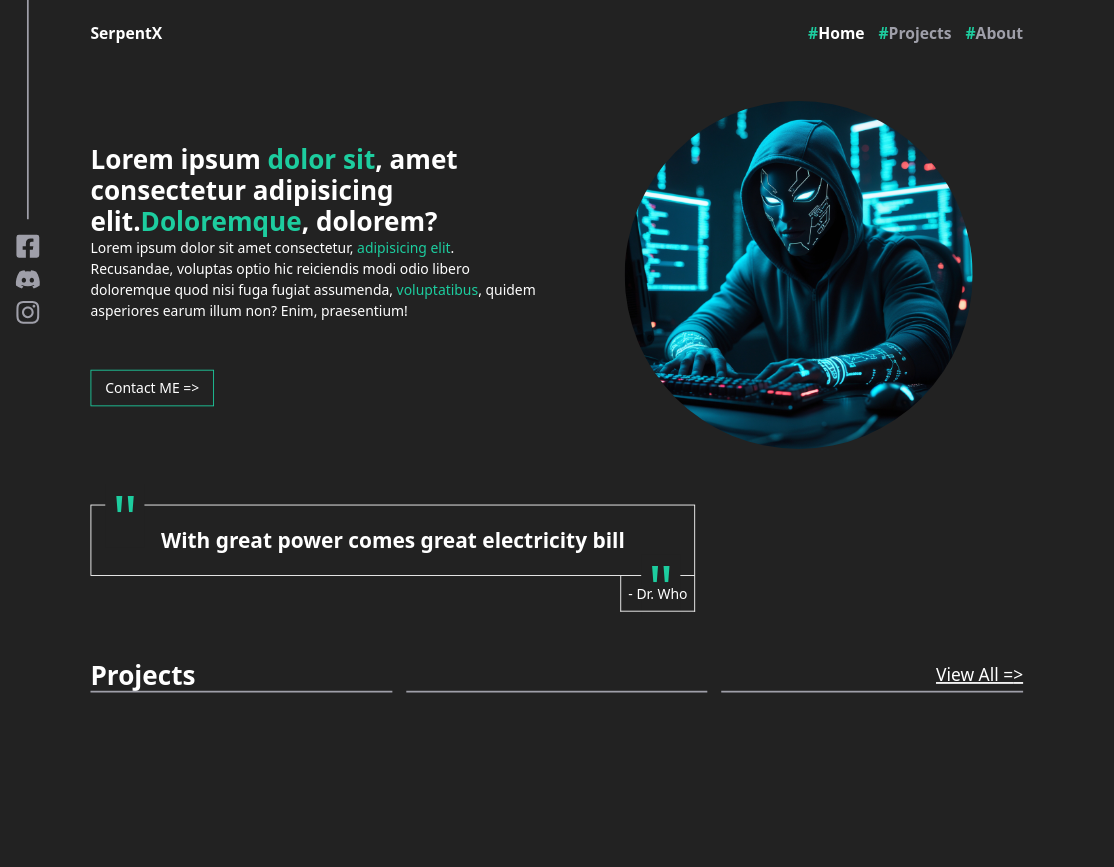
Repository: SERPENTX03/Portfolio-Tutorial
Page: /
These files come from the project's save history. The page is drawn as it stood at one moment and after the next save; the edit follows.
The browser window is 1280 px wide. The pictures show the whole page, at 87% of full size.
The project was rebuilt for these pictures with package versions that can differ from the ones it lists, and the page was loaded fresh each time. The framework's server and built-in components were replaced by stand-ins that run in the browser. Also part of the build but not shown: next.config.ts.

Above is the page before, as saved 2025-04-19 21:17:32.

### app/layout.tsx
import type { Metadata } from "next";
import { Geist, Geist_Mono } from "next/font/google";
import "./globals.css";
import SideContact from "@/components/SideContact";
import Navbar from "@/components/nav/Navbar";

const geistSans = Geist({
  variable: "--font-geist-sans",
  subsets: ["latin"],
});

const geistMono = Geist_Mono({
  variable: "--font-geist-mono",
  subsets: ["latin"],
});

export const metadata: Metadata = {
  title: "Create Next App",
  description: "Generated by create next app",
};

export default function RootLayout({
  children,
}: Readonly<{
  children: React.ReactNode;
}>) {
  return (
    <html lang="en">
      <body
        className={`${geistSans.variable} ${geistMono.variable} antialiased`}
      >
        <SideContact />
        <main className="max-w-[1200px] mx-auto sm:px-16 px-3">
          <Navbar />
          {children}
          <footer className="h-[200px]"></footer>
        </main>
      </body>
    </html>
  );
}

### app/page.tsx
import Hero from "@/components/Hero";
import Projects from "@/components/Projects";

const Home = () => {
  return (
    <div>
      <Hero />
      <Projects />
    </div>
  );
};
export default Home;

### app/globals.css
@import "tailwindcss";

@theme {
  --color-primary: #1dcd9f;
  --color-background: #222222;
  --color-text: #9f9fa9;
}

@utility hover-btn {
  @apply hover:bg-primary/30 transition-colors duration-300 ease-in-out;
}

body {
  background-color: var(--color-background);
  color: white;
}

### components/SideContact.tsx
import Link from "next/link";
import { FaFacebookSquare } from "react-icons/fa";
import { FaDiscord } from "react-icons/fa";
import { FaInstagram } from "react-icons/fa";

const SideContact = () => {
  return (
    <div className="fixed top-0 left-0 w-16 lg:flex flex-col hidden ">
      {/* Line */}
      <div className="h-[35vh] relative">
        <div className="h-full border border-text absolute top-0 left-1/2 -translate-x-1/2"></div>
      </div>
      {/* Socials */}
      <div className="text-text mt-4 flex flex-col gap-2 items-center">
        <Link target="_blank" href="https://www.facebook.com/serpentx.dev">
          <FaFacebookSquare size={30} />
        </Link>
        <Link target="_blank" href="https://discord.gg/serpentx">
          <FaDiscord size={30} />
        </Link>
        <Link target="_blank" href="https://www.instagram.com/serpentx.dev">
          <FaInstagram size={30} />
        </Link>
      </div>
    </div>
  );
};
export default SideContact;

### components/nav/Navbar.tsx
import MenuHamburger from "./MenuHamburger";
import Navlink from "./Navlink";

const Navbar = () => {
  return (
    <div className="flex justify-between items-center py-6">
      <h1 className="text-lg font-semibold ">SerpentX</h1>
      <Navlink />
      <MenuHamburger />
    </div>
  );
};
export default Navbar;

### components/Hero.tsx
import Image from "next/image";

const Hero = () => {
  return (
    <section className="mt-10">
      <div className="flex flex-col sm:flex-row justify-between gap-10 items-center">
        <div className="w-full sm:w-1/2">
          <h2 className="text-3xl font-bold">
            Lorem ipsum <span className="text-primary">dolor sit</span>, amet
            consectetur adipisicing elit.
            <span className="text-primary">Doloremque</span>, dolorem?
          </h2>
          <p>
            Lorem ipsum dolor sit amet consectetur,{" "}
            <span className="text-primary">adipisicing elit</span>. Recusandae,
            voluptas optio hic reiciendis modi odio libero doloremque quod nisi
            fuga fugiat assumenda,{" "}
            <span className="text-primary">voluptatibus</span>, quidem
            asperiores earum illum non? Enim, praesentium!
          </p>
          <button className="hover-btn border border-primary px-4 py-2 mt-14 cursor-pointer">
            Contact ME ={">"}
          </button>
        </div>
        <div className="w-full sm:w-1/2 flex justify-center">
          <Image
            className="object-cover rounded-full"
            src="/images/hero.jpg"
            alt="hero"
            width={400}
            height={400}
          />
        </div>
      </div>
      <div className="mt-16 flex justify-center border py-6 px-20 w-fit relative">
        <h5 className=" text-2xl font-bold ">
          With great power comes great electricity bill
        </h5>
        <span className="absolute -top-6 left-4 bg-background px-2 text-primary text-7xl">
          &quot;
        </span>
        <span className="absolute -bottom-12 h-fit right-4 bg-background px-2 text-primary text-7xl">
          &quot;
        </span>
        <span className="absolute right-[-1px] -bottom-10.5 border-x border-b p-2">
          - Dr. Who
        </span>
      </div>
    </section>
  );
};
export default Hero;

### components/Projects.tsx
import { projects } from "@/data/Project";
import { div } from "framer-motion/client";
import Link from "next/link";

const Projects = () => {
  return (
    <section className="mt-24">
      <div className="flex justify-between items-center">
        <h2 className="text-3xl font-bold">Projects</h2>
        <Link className="text-xl underline" href="/projects">
          View All ={">"}
        </Link>
      </div>
      <div className="grid gird-cols-1 sm:grid-cols-2 md:grid-cols-3 gap-4">
        {projects.slice(0, 3).map((project) => (
          <div key={project.id} className="border border-text"></div>
        ))}
      </div>
    </section>
  );
};
export default Projects;

### components/nav/MenuHamburger.tsx
"use client";
import { RiMenuFoldLine } from "react-icons/ri";
import { links } from "@/data/NavLink";
import { useEffect, useState } from "react";
import { IoClose } from "react-icons/io5";
import Link from "next/link";
import { usePathname } from "next/navigation";
import { motion, AnimatePresence } from "framer-motion";
import { FaDiscord, FaFacebookSquare, FaInstagram } from "react-icons/fa";

const MenuHamburger = () => {
  const [isOpen, setIsOpen] = useState(false);
  const pathname = usePathname();

  const handleOpen = () => {
    setIsOpen(!isOpen);
  };

  useEffect(() => {
    setIsOpen(false); // ปิดเมนูเมื่อ path เปลี่ยน
  }, [pathname]);
  return (
    <>
      <AnimatePresence mode="wait">
        {isOpen ? (
          <motion.div
            key="close"
            initial={{ rotate: -90, opacity: 0 }}
            animate={{ rotate: 0, opacity: 1 }}
            exit={{ rotate: 90, opacity: 0 }}
            transition={{ duration: 0.2 }}
            className="cursor-pointer block md:hidden z-50"
            onClick={handleOpen}
          >
            <IoClose size={30} />
          </motion.div>
        ) : (
          <motion.div
            key="menu"
            initial={{ rotate: 90, opacity: 0 }}
            animate={{ rotate: 0, opacity: 1 }}
            exit={{ rotate: -90, opacity: 0 }}
            transition={{ duration: 0.3 }}
            className="cursor-pointer block md:hidden z-10"
            onClick={handleOpen}
          >
            <RiMenuFoldLine size={30} />
          </motion.div>
        )}
      </AnimatePresence>
      {isOpen && (
        <ul className="fixed top-0 left-0 w-full h-screen bg-background ">
          <h1 className="text-2xl font-bold m-3">SerpentX</h1>
          {links.map((nav, index) => (
            <li
              key={index}
              className={`text-2xl m-3 font-semibold text-text ${
                pathname === nav.href ? "text-white" : "text-text"
              }`}
            >
              <Link href={nav.href}>
                <span className="text-primary">#</span>
                {nav.label}
              </Link>
            </li>
          ))}
        </ul>
      )}
      {isOpen && (
        <div className="fixed bottom-4 left-1/2 -translate-x-1/2 flex gap-4">
          <Link target="_blank" href="https://www.facebook.com/serpentx.dev">
            <FaFacebookSquare size={30} />
          </Link>
          <Link target="_blank" href="https://discord.gg/serpentx">
            <FaDiscord size={30} />
          </Link>
          <Link target="_blank" href="https://www.instagram.com/serpentx.dev">
            <FaInstagram size={30} />
          </Link>
        </div>
      )}
    </>
  );
};
export default MenuHamburger;

### components/nav/Navlink.tsx
"use client";
import { links } from "@/data/NavLink";
import Link from "next/link";
import { usePathname } from "next/navigation";

const Navlink = () => {
  const pathname = usePathname();
  return (
    <ul className="md:flex gap-4 hidden ">
      {links.map((nav, index) => (
        <li
          key={index}
          className={`text-lg font-semibold text-text ${
            pathname === nav.href ? "text-white" : "text-text"
          }`}
        >
          <Link href={nav.href}>
            <span className="text-primary">#</span>
            {nav.label}
          </Link>
        </li>
      ))}
    </ul>
  );
};
export default Navlink;

### data/Project.ts
export const projects = [
  {
    id: 1,
    title: "Portfolio Builder",
    description:
      "A sleek portfolio generator for developers using Next.js and Tailwind.",
    language: ["Next.js", "TypeScript", "Tailwind CSS"],
    image: "/images/project1.jpg",
  },
  {
    id: 2,
    title: "TaskMaster Pro",
    description:
      "A productivity app for managing tasks and projects with a team.",
    language: ["React", "Node.js", "MongoDB"],
    image: "/images/project1.jpg",
  },
  {
    id: 3,
    title: "Code Snippet Vault",
    description:
      "A personal library to store, tag, and search useful code snippets.",
    language: ["Vue.js", "Express", "MySQL"],
    image: "/images/project1.jpg",
  },
  {
    id: 4,
    title: "DevBlog Engine",
    description:
      "A markdown-powered blogging platform for developers with dark mode.",
    language: ["Next.js", "MDX", "Tailwind CSS"],
    image: "/images/project1.jpg",
  },
  {
    id: 5,
    title: "CryptoTracker",
    description:
      "Live cryptocurrency prices and portfolio manager with real-time charts.",
    language: ["React", "Chart.js", "CoinGecko API"],
    image: "/images/project1.jpg",
  },
  {
    id: 6,
    title: "EcomDash",
    description:
      "An admin dashboard for managing products, orders, and analytics.",
    language: ["Angular", "Firebase", "SCSS"],
    image: "/images/project1.jpg",
  },
  {
    id: 7,
    title: "ChatterBox",
    description:
      "A real-time chat application with private and group messaging.",
    language: ["React", "Socket.io", "Node.js"],
    image: "/images/project1.jpg",
  },
  {
    id: 8,
    title: "CodeQuiz Arena",
    description: "An interactive quiz app for coding topics with leaderboards.",
    language: ["Svelte", "TypeScript", "Supabase"],
    image: "/images/project1.jpg",
  },
  {
    id: 9,
    title: "WeatherZen",
    description:
      "A minimalist weather app with animated forecasts and map integration.",
    language: ["Vue.js", "OpenWeatherMap API", "Tailwind CSS"],
    image: "/images/project1.jpg",
  },
  {
    id: 10,
    title: "DesignSync",
    description: "Tool to sync design tokens between Figma and your codebase.",
    language: ["Electron", "Figma API", "TypeScript"],
    image: "/images/project1.jpg",
  },
];

### data/NavLink.ts
export const links = [
  {
    label: "Home",
    href: "/",
  },
  {
    label: "Projects",
    href: "/projects",
  },
  {
    label: "About",
    href: "/about",
  },
];

After the next save:
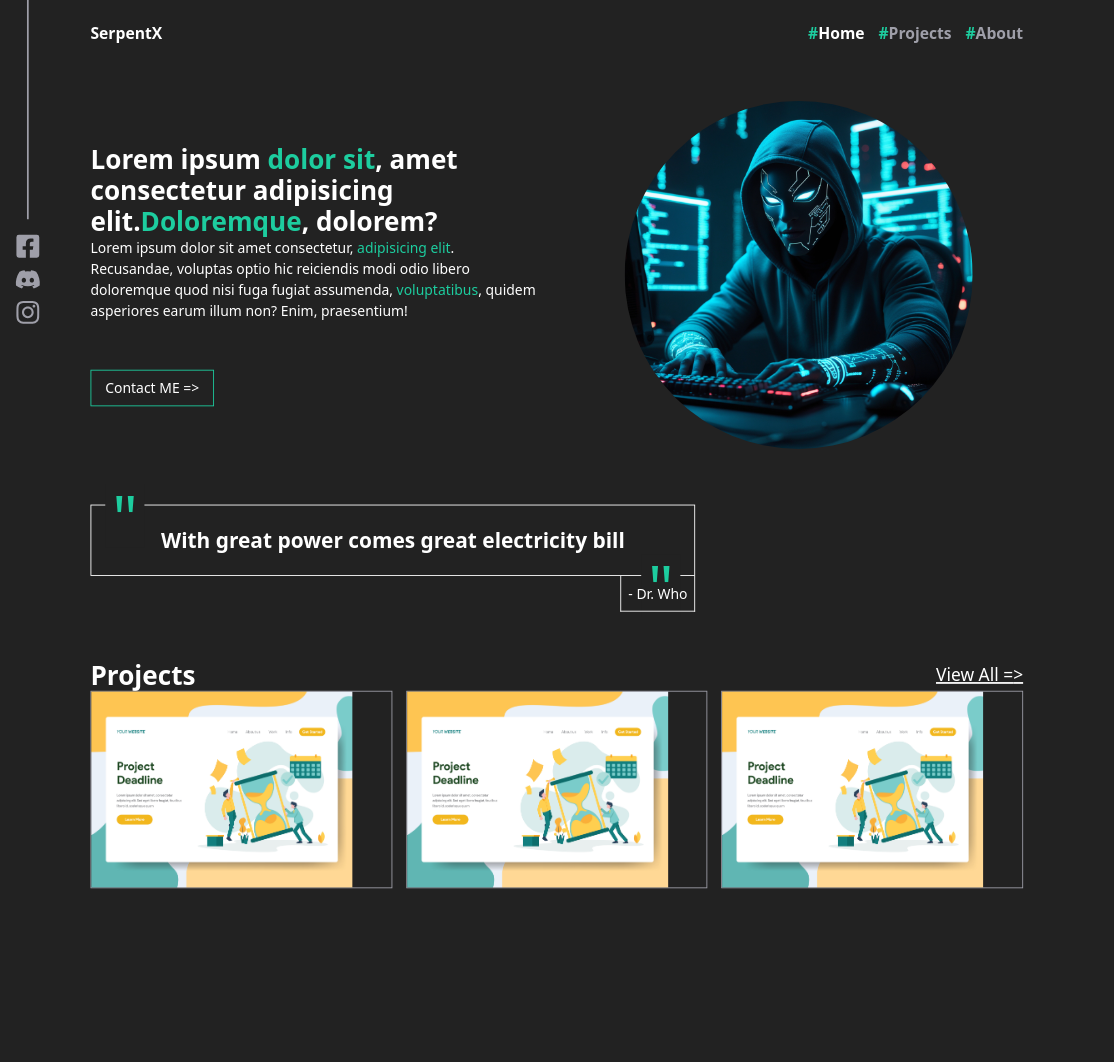
Saved 10 s later.
--- a/components/Projects.tsx
+++ b/components/Projects.tsx
@@ -1,5 +1,5 @@
 import { projects } from "@/data/Project";
-import { div } from "framer-motion/client";
+import Image from "next/image";
 import Link from "next/link";
 
 const Projects = () => {
@@ -13,7 +13,14 @@ const Projects = () => {
       </div>
       <div className="grid gird-cols-1 sm:grid-cols-2 md:grid-cols-3 gap-4">
         {projects.slice(0, 3).map((project) => (
-          <div key={project.id} className="border border-text"></div>
+          <div key={project.id} className="border border-text">
+            <Image
+              src={project.image || ""}
+              alt={project.title}
+              width={300}
+              height={300}
+            />
+          </div>
         ))}
       </div>
     </section>
